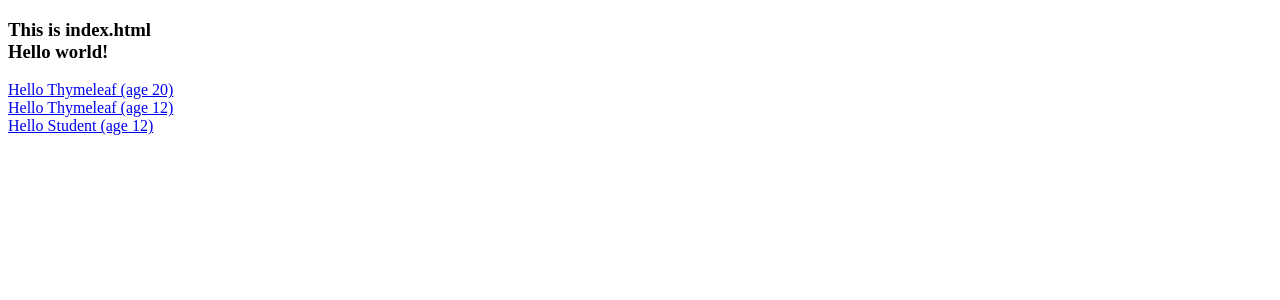
Repository: LiljestromNadja/BackendProgramming_SOF003AS3A-3009
Page: http://localhost/index
An editor plug-in stored every save of this project. The page is shown before and after the next save, followed by the edit.
The browser window is 1280 px wide. The pictures show the whole page.
The page is this project's Thymeleaf template; nobody is signed in. The template is opened directly, without the code that normally fills it, so the values that code supplies are empty.

Above is the page before, as saved 2023-09-05 18:50:18.

After the next save:
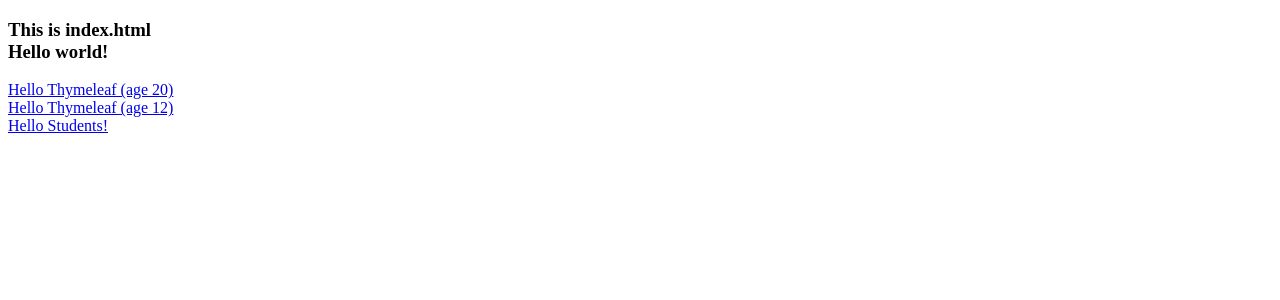
Saved 13 s later.
--- a/week2/src/main/resources/templates/index.html
+++ b/week2/src/main/resources/templates/index.html
@@ -12,7 +12,7 @@
 
 	<a href="http://localhost:8080/hellothyme?name=John&age=20">Hello Thymeleaf (age 20)</a> </br>
 	<a href="http://localhost:8080/hellothyme?name=John&age=12">Hello Thymeleaf (age 12)</a> </br>
-	<a href="http://localhost:8080/hellostudent">Hello Student (age 12)</a> </br>
+	<a href="http://localhost:8080/hellostudent">Hello Students!</a> </br>
 
 
 
